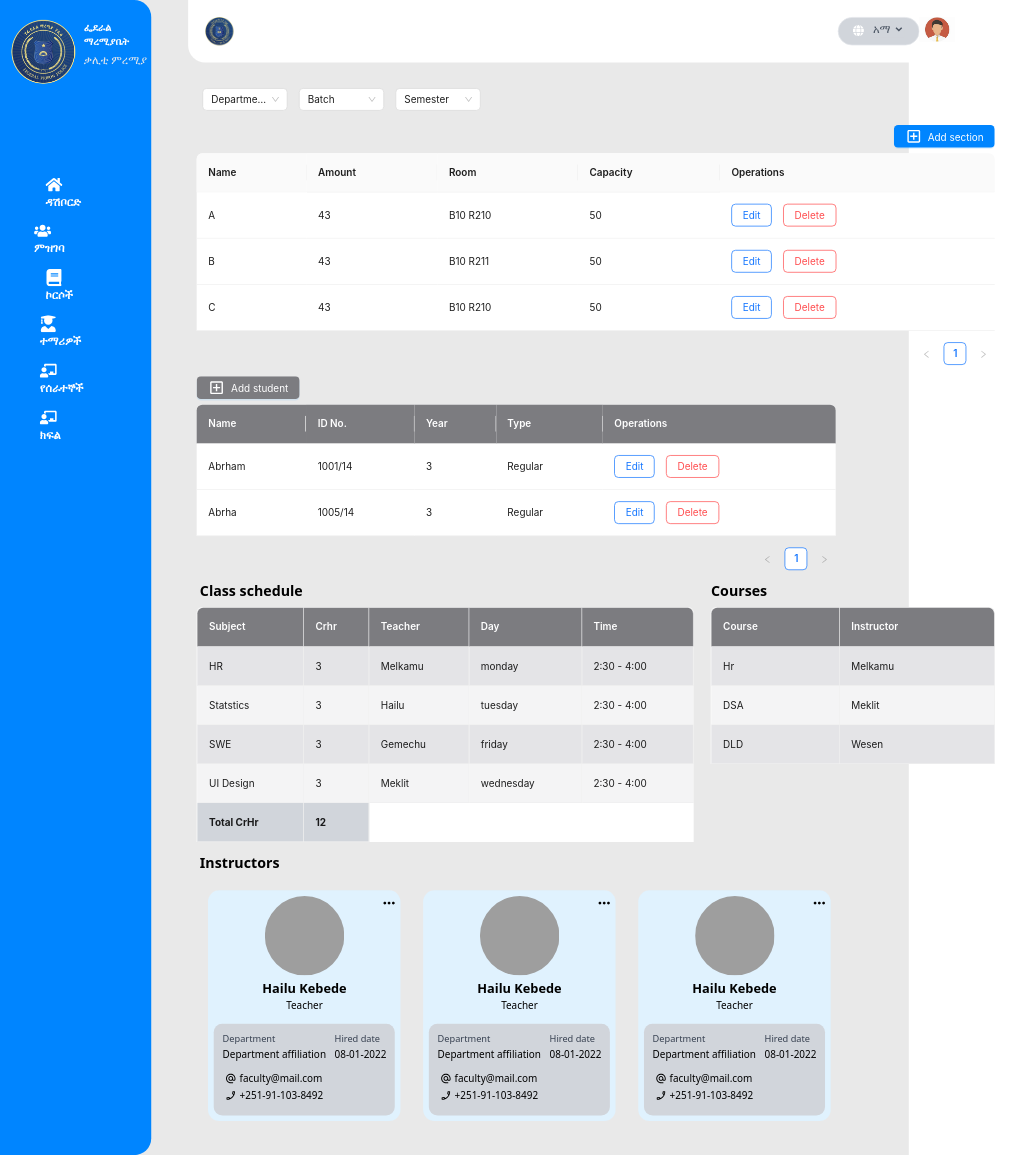
Repository: Yigoya/federal-prison-education-ms-frontend
Page: /classroom, after clicking the first element matching `td.ant-table-cell > a`
An editor plug-in stored every save of this project. The page is shown before and after a run of saves, followed by the edit.
The browser window is 1280 px wide. The page is 1433 px wide, so the pictures cover 1433 px, including what lies to the right of the window. The pictures show the whole page, at 71% of full size.
Pictures or frames that could not be fetched are drawn as grey boxes. The project was rebuilt for these pictures with package versions that can differ from the ones it lists, and the page was loaded fresh each time. Also part of the build but not shown: vite.config.js, src/pages/DashBoard.jsx, src/pages/Courses.jsx, src/layout/AuthLayout.jsx, src/pages/Login.jsx, src/pages/Teachers.jsx, src/pages/StudentRegistration.jsx, src/components/classroom/ComboBox.jsx and 1 more. Imported but missing from the stored project, and not drawn on this page: src/pages/Students.

Above is the page before, as saved 2024-07-05 15:15:04.

After the next 2 saves:
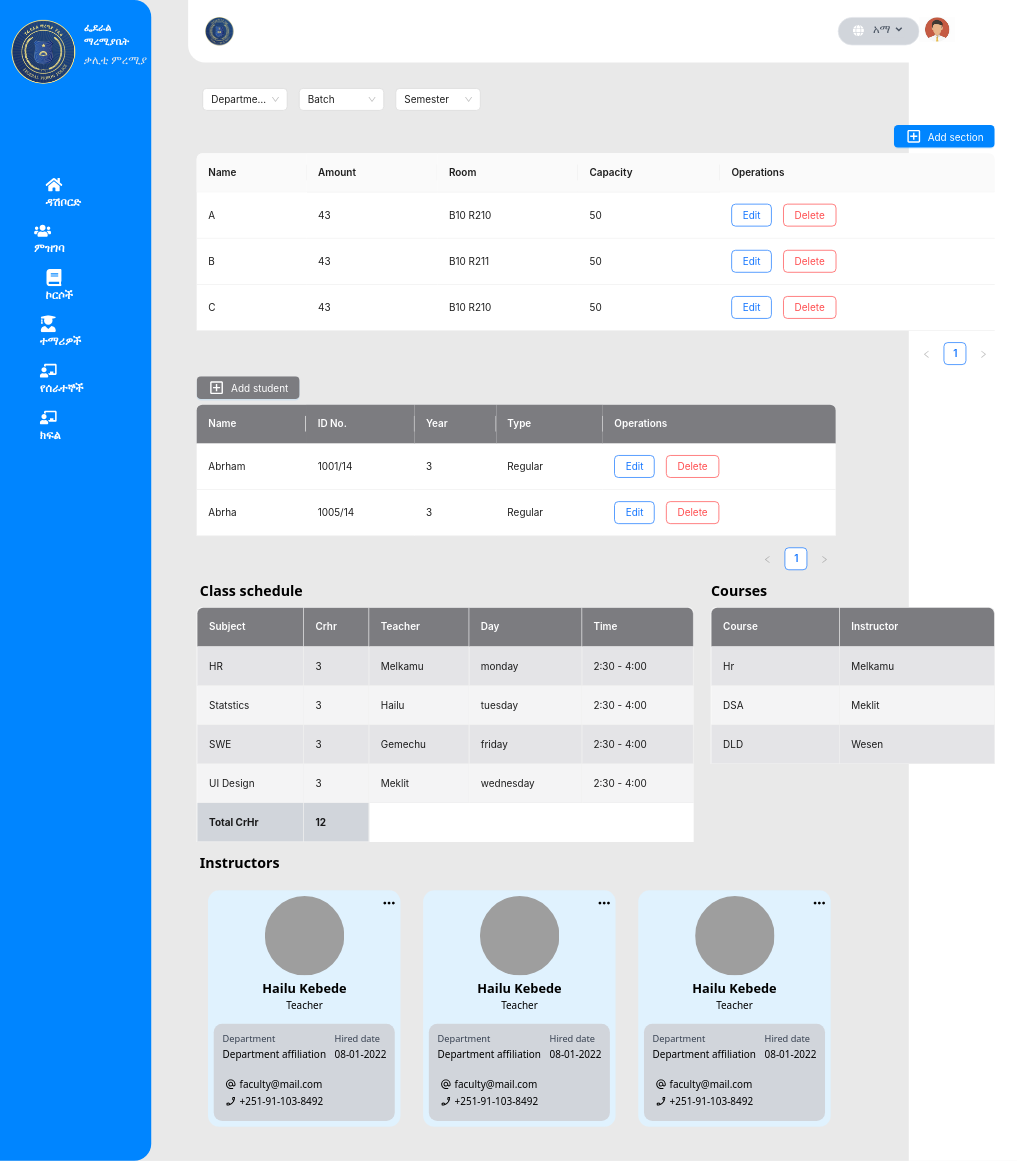
The 2 saves are shown as one change because they came seconds apart.
The last was saved 7 s later.
--- a/src/components/classroom/InstructorDetails.jsx
+++ b/src/components/classroom/InstructorDetails.jsx
@@ -35,7 +35,7 @@
           </div>
         </div>
 
-        <div className="mt-4 leading-4 text-[14px]">
+        <div className="mt-6 leading-4 text-[14px]">
           <div className="flex">
             <AlternateEmailOutlinedIcon className="pb-2" />
             <p>faculty@mail.com</p>
